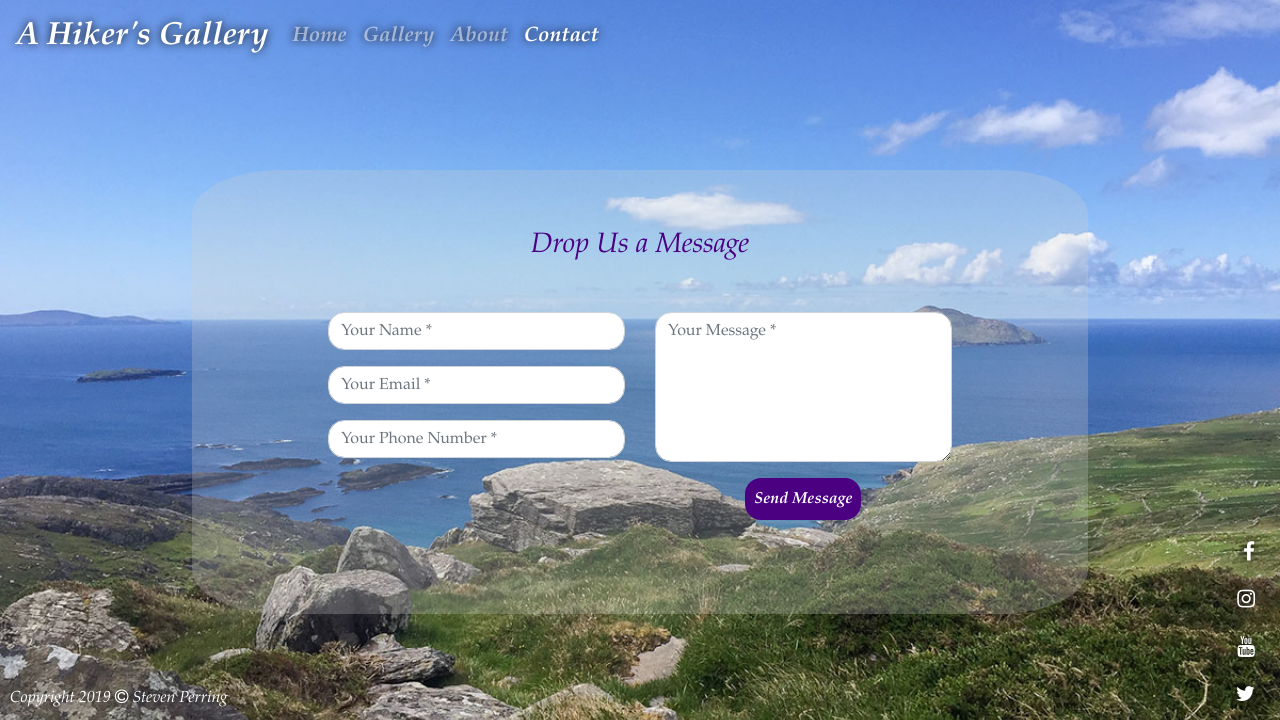
Repository: S-Perring/hiker
Page: contact.html
The author's editor kept a record of every edit. The page is drawn from the files as they stood at one moment, then again after the next edit.
The browser window is 1280 px wide. The pictures show the whole page.
Some web fonts or font styles are not loaded; a fallback is used.

Above is the page before.

### contact.html
<!DOCTYPE html>
<html lang="en">
<head>
    <meta charset="UTF-8">
    <meta name="viewport" content="width=device-width, initial-scale=1.0">
    <meta http-equiv="X-UA-Compatible" content="ie=edge">
    <link rel="stylesheet" href="https://stackpath.bootstrapcdn.com/bootstrap/4.3.1/css/bootstrap.min.css" type="text/css" />
    <link rel="stylesheet" href="https://stackpath.bootstrapcdn.com/font-awesome/4.7.0/css/font-awesome.min.css" type="text/css" />
    <link rel="stylesheet" href="https://cdnjs.cloudflare.com/ajax/libs/font-awesome/4.7.0/css/font-awesome.min.css">

    <link rel="stylesheet" href="css/style.css" type="text/css" />
    <title>Hiker's Gallery</title>
</head>

<body>

<header>
  <nav class="navbar fixed-top navbar-expand-sm navbar-dark scrolling-navbar">
    <a class="navbar-brand" href="#"><strong>A Hiker's Gallery</strong></a>
    <button class="navbar-toggler" type="button" data-toggle="collapse" data-target="#navbarSupportedContent"
      aria-controls="navbarSupportedContent" aria-expanded="false" aria-label="Toggle navigation">
      <span class="navbar-toggler-icon"></span>
    </button>
    <div class="collapse navbar-collapse" id="navbarSupportedContent">
      <ul class="navbar-nav">
        <li class="nav-item">
          <a class="nav-link" href="index.html">Home <span class="sr-only">(current)</span></a>
        </li>
        <li class="nav-item">
          <a class="nav-link" href="gallery.html">Gallery</a>
        </li>
        <li class="nav-item">
          <a class="nav-link" href="about.html">About</a>
        </li>
        <li class="nav-item active">
          <a class="nav-link" href="contact.html">Contact</a>
        </li>
      </ul>
    </div>
  </nav>

</header>

<div class="main-pic">
<div class="container contact-form">

            <form method="post">
                <h3>Drop Us a Message</h3>
               <div class="row">
                    <div class="col-md-6">
                        <div class="form-group">
                            <input type="text" name="txtName" class="form-control" placeholder="Your Name *" value="" />
                        </div>
                        <div class="form-group">
                            <input type="text" name="txtEmail" class="form-control" placeholder="Your Email *" value="" />
                        </div>
                        <div class="form-group">
                            <input type="text" name="txtPhone" class="form-control" placeholder="Your Phone Number *" value="" />
                        </div>

                    </div>
                    <div class="col-md-6">
                        <div class="form-group">
                            <textarea name="txtMsg" class="form-control" placeholder="Your Message *" style="width: 100%; height: 150px;"></textarea>
                        </div>


                                    <div class="form-group">
                            <input type="submit" name="btnSubmit" class="btnContact" value="Send Message" />

                        </div>

                        </div>



                </div>
            </form>
</div>


</div>
<footer class="fixed-bottom">
   <div class="container">
     <ul class="navbar-nav nav-flex-icons">
        <li class="nav-item" id="highlight">
          <a class="nav-link"><i class="fa fa-facebook"></i></a>
        </li>
        <li class="nav-item" id="highlight">
          <a class="nav-link"><i class="fa fa-instagram"></i></a>
        </li>
                <li class="nav-item" id="highlight">
          <a class="nav-link"><i class="fa fa-youtube"></i></a>
        </li>
                </li>
                <li class="nav-item" id="highlight">
          <a class="nav-link"><i class="fa fa-twitter"></i></a>
        </li>
      </ul>
   </div>
      <div class="copyright">Copyright 2019 <i class="fa fa-copyright"></i> Steven Perring</div>
</footer>

    <script src="https://code.jquery.com/jquery-3.3.1.slim.min.js" integrity="sha384-q8i/X+965DzO0rT7abK41JStQIAqVgRVzpbzo5smXKp4YfRvH+8abtTE1Pi6jizo" crossorigin="anonymous"></script>
<script src="https://cdnjs.cloudflare.com/ajax/libs/popper.js/1.14.7/umd/popper.min.js" integrity="sha384-UO2eT0CpHqdSJQ6hJty5KVphtPhzWj9WO1clHTMGa3JDZwrnQq4sF86dIHNDz0W1" crossorigin="anonymous"></script>
<script src="https://stackpath.bootstrapcdn.com/bootstrap/4.3.1/js/bootstrap.min.js" integrity="sha384-JjSmVgyd0p3pXB1rRibZUAYoIIy6OrQ6VrjIEaFf/nJGzIxFDsf4x0xIM+B07jRM" crossorigin="anonymous"></script>

</body>

</html>

### css/style.css
@import url('https://fonts.googleapis.com/css?family=Garamond:100,200,300,400,500,600,700');

/*-------------------landing page-------------------------*/
.nav-link {
    font-family: Garamond;
    font-style: italic;
    font-size: 1.3em;
    font-weight: bold;
    text-decoration: none;
}
.main-pic {
    background-image: url(../css/images/main.JPG);
    background-size: cover;
    background-position: center center;
    max-width: 100%;
    height: 100vh;
    bottom: 0;
    left: 0;
    padding: 0;
    display: flex;
    align-items: center;
    justify-content: center;
    background-repeat: no-repeat;
    -webkit-background-size: cover;
    -moz-background-size: cover;
    -o-background-size: cover;
}
.navbar-brand {
    font-family: Garamond;
    font-size: 2em;
    font-style: italic;
}
.enter {
    margin-right: 10%;
}
.explore {
    Background-color: rgba(195, 195, 195, 0.4);
    padding: 20%;
    border-radius: 50%;
    font-family: Garamond;
    font-style: italic;
    font-size: 2.5em;
    font-weight: bolder;
    color: #4B0082;
}
a {
    text-shadow: 0 0 10px black;
}
footer {
    padding-left: 10px;
    font-family: Garamond;
    font-style: italic;
    color: #fff;
    font-size: 1em;
}
a:hover {
  text-decoration: none;
  color: #fff;
  transition: 1.5s;
}
.icons {
    text-align: center;
}
.copyright {
    display: inline-block;
    margin-bottom: 10px;
    text-align: left;
    width: 60%;
    position: absolute;
    bottom: 0px;
}
#highlight:hover {
  text-decoration: none;
  color: #4B0082;
  cursor: pointer;
}
/*-------------------about page-------------------------*/
.container {
    float: right;
    margin: 0;
    width:5%;
    text-align: right;
    margin-right: 10px;
}
.about {
    Background-color: rgba(208, 208, 208, 0.65);
    padding: 10px;
    margin: 15%;
    border-radius: 10%;
    text-align: center;
    color: #4B0082;
    font-family: Garamond;
    font-style: italic;
}
/*------------------- contact form-------------------------*/
body{
    background: -webkit-linear-gradient(left, #0072ff, #00c6ff);
}
.contact-form{
    Background-color: rgba(208, 208, 208, 0.25);
    font-family: Garamond;
    font-style: italic;
    color: #4B0082;
    margin-top: 10%;
    margin-right: 0;
    border-radius: 10%;
    margin-bottom: 5%;
    width: 70%;
}
.contact-form .form-control{
    border-radius:1rem;
}
.contact-form form{
    padding: 14%;
}
.contact-form form .row{
    margin-bottom: -7%;
}
.contact-form h3{
    margin-bottom: 8%;
    margin-top: -10%;
    text-align: center;
}
.contact-form .btnContact {
    display: block;
    margin: auto;
    font-family: Garamond;
    font-style: italic;
    border: none;
    border-radius: 1rem;
    padding: 3%;
    background: #4B0082;
    font-weight: 600;
    color: #fff;
    cursor: pointer;
}
.btnContactSubmit {
    color: #fff;
    background-color: #0062cc;
    border: none;
    cursor: pointer;
}
/*------------------- gallery-------------------------*/
.container-gallery {
    margin-left: 10%;
    margin-right: 10%;
    font-family: Garamond;
    font-style: italic;
    text-align: center;
    color: #4B0082;
    padding: .5%;
}
.card {
    position: relative;
    float: left;
    overflow: hidden;
    Background-color: rgb(187, 221, 240);
    border: none;
}
.gallerypage {
    Background-color: #dae7ed;
    padding-top: 2%;
    padding-bottom: 4%;
}
.card:hover {
    cursor: pointer;
    transform: scale(1.2);
    transition: 1s;
    z-index: 1;
    background-color: #4B0082;
}
#gallery-header {
    background-color: #8b35c4;
    background: linear-gradient(#4B0082, #dae7ed);
}
.copyright-gallery {
    display: inline-block;
    margin-bottom: 10px;
    text-align: left;
    width: 60%;
    position: absolute;
    bottom: 0px;
    color: #4B0082;
}
/*------------------- media queries-------------------------*/
@media(min-width: 992px) {
    h2 {
        font-size: 2.2em;
    }
    h5 {
        font-size: 1.8em;
    }
}

After the next edit:
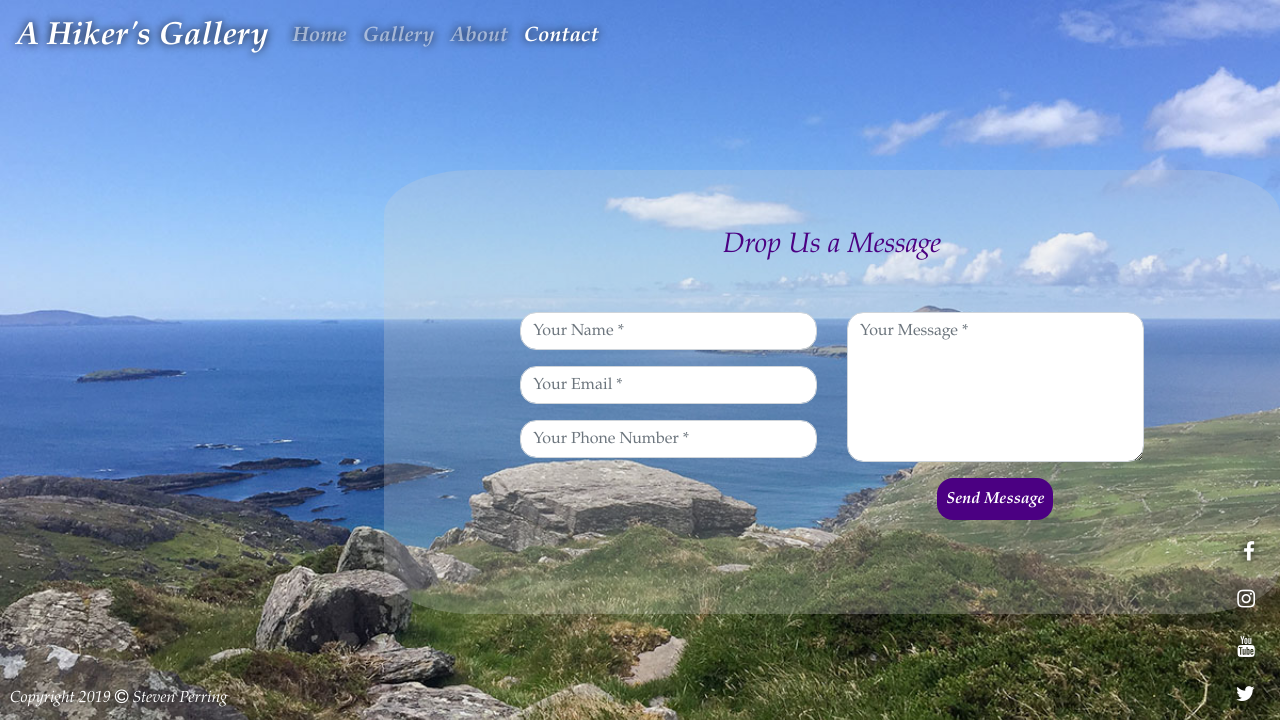
The edit:
--- a/css/style.css
+++ b/css/style.css
@@ -77,7 +77,7 @@
 /*-------------------about page-------------------------*/
 .container {
     float: right;
-    margin: 0;
+    margin-top: 25%;
     width:5%;
     text-align: right;
     margin-right: 10px;

After the 2 edits that followed:
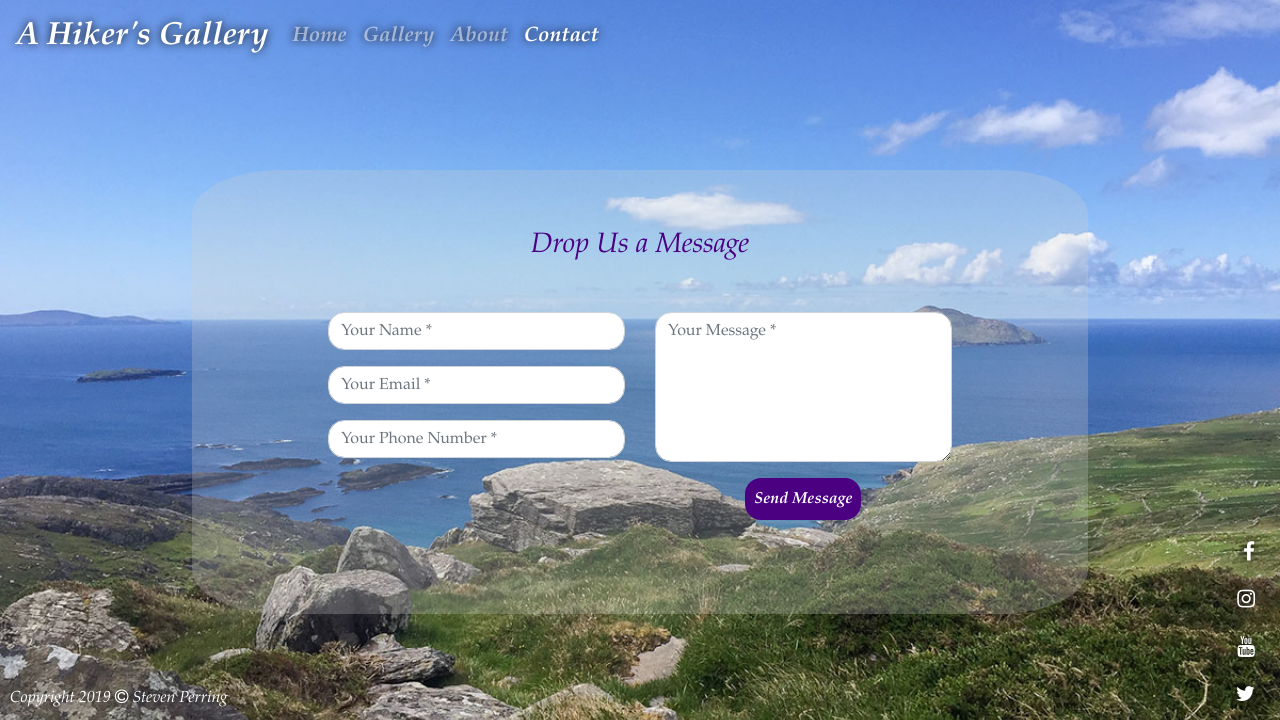
The 2 edits are shown as one change because 1 left the picture as it was.
The edit:
--- a/css/style.css
+++ b/css/style.css
@@ -77,7 +77,7 @@
 /*-------------------about page-------------------------*/
 .container {
     float: right;
-    margin-top: 25%;
+    margin: 0;
     width:5%;
     text-align: right;
     margin-right: 10px;
@@ -86,6 +86,7 @@
     Background-color: rgba(208, 208, 208, 0.65);
     padding: 10px;
     margin: 15%;
+    margin-top: 20%;
     border-radius: 10%;
     text-align: center;
     color: #4B0082;
